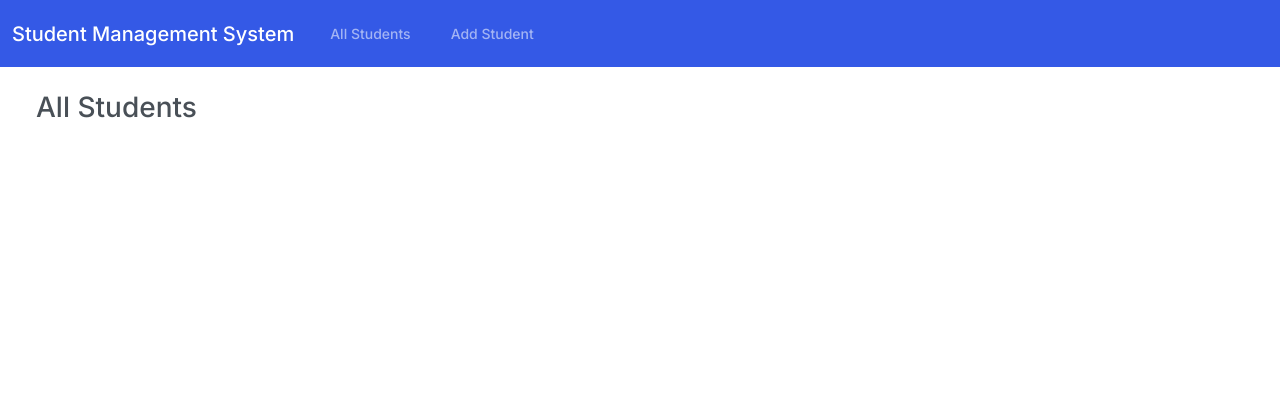
Repository: saraanbih/Student-Management-System
Page: http://localhost/
These files come from the project's save history. The page is drawn as it stood at one moment and after the next save; the edit follows.
The browser window is 1280 px wide. The pictures show the whole page.
The page is served by the project's application, run on Django 5.2 (manage.py).

Above is the page before, as saved 2025-09-11 15:32:21.

After the next save:
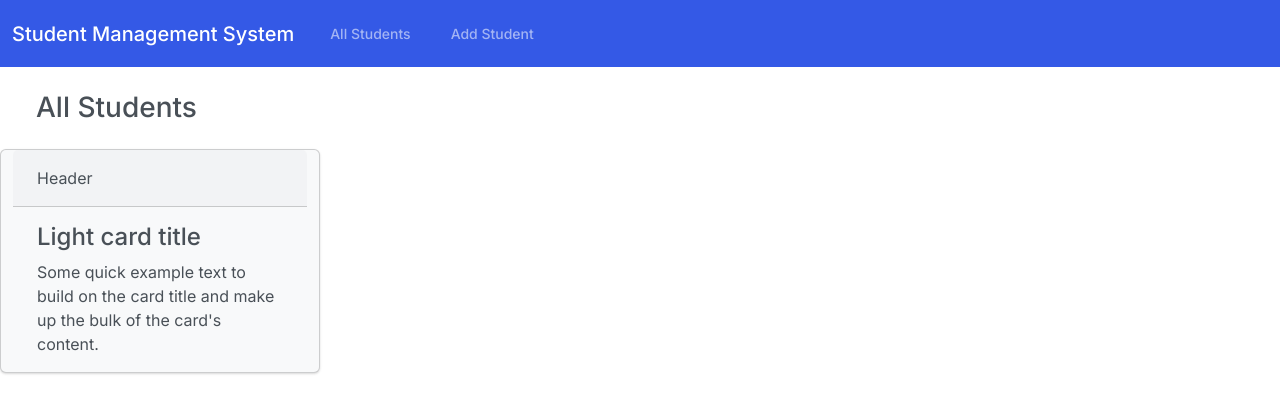
Saved 79 s later.
--- a/students/templates/students/index.html
+++ b/students/templates/students/index.html
@@ -39,7 +39,14 @@
       <h3 class="m-4">All Students</h3>
       <div class="row">
         <div class="col-12">
-
+          </div>
+<div class="card bg-light mb-3" style="max-width: 20rem;">
+  <div class="card-header">Header</div>
+  <div class="card-body">
+    <h4 class="card-title">Light card title</h4>
+    <p class="card-text">Some quick example text to build on the card title and make up the bulk of the card's content.</p>
+  </div>
+</div>
         </div>
       </div>
     </div>
